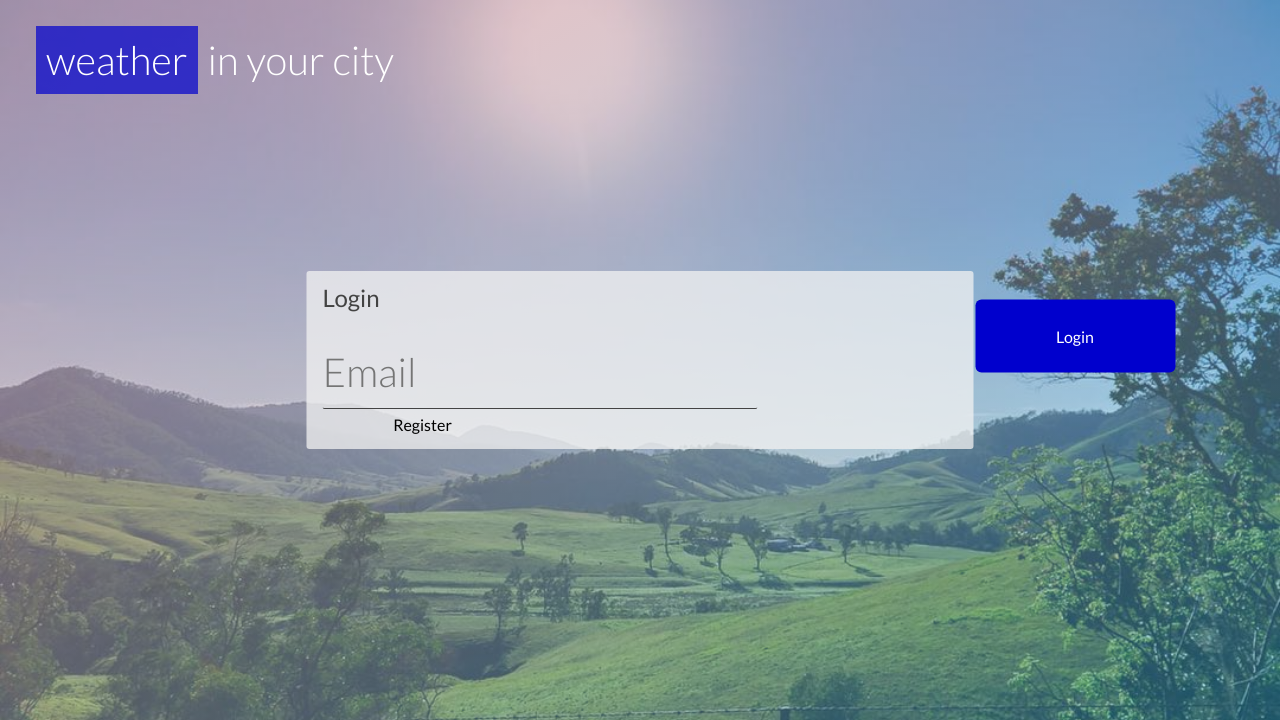
Repository: nosplashurinal/weather-app
Page: /, after clicking the first element matching `button.next`
These files come from the project's save history. The page is drawn as it stood at one moment and after the next save; the edit follows.
The browser window is 1280 px wide. The pictures show the whole page.
The project was rebuilt for these pictures with package versions that can differ from the ones it lists, and the page was loaded fresh each time. Also part of the build but not shown: src/components/RecentSearches.vue, src/components/Search.vue, src/components/WeatherDataBlock.vue.

Above is the page before, as saved 2018-12-31 17:55:47.

After the next save:
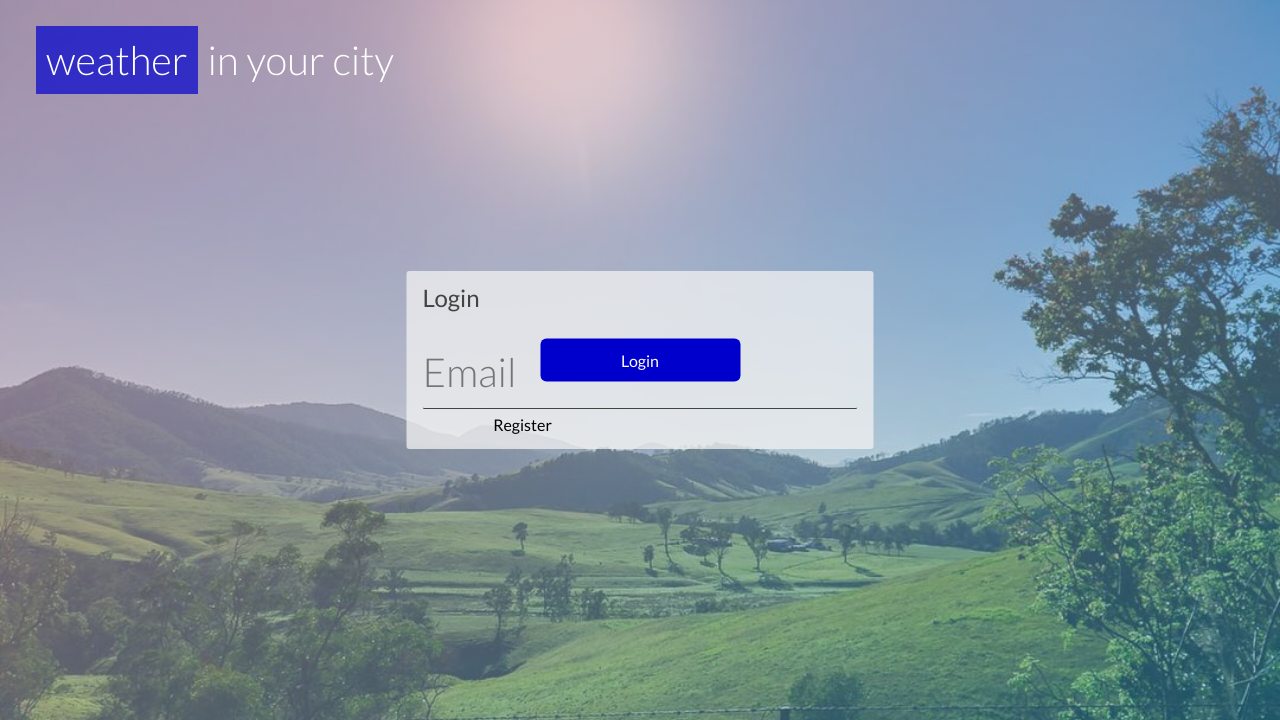
Saved 2 min 5 s later.
--- a/src/styles/login.scss
+++ b/src/styles/login.scss
@@ -59,11 +59,9 @@
       flex: none;
       width: 200px;
       height: auto;
-      position: relative;
       padding: 0.75em;
-      display: block;
+      display: inline-block;
       margin: 0;
-      position: relative;
     }
   }
   .register-button {
